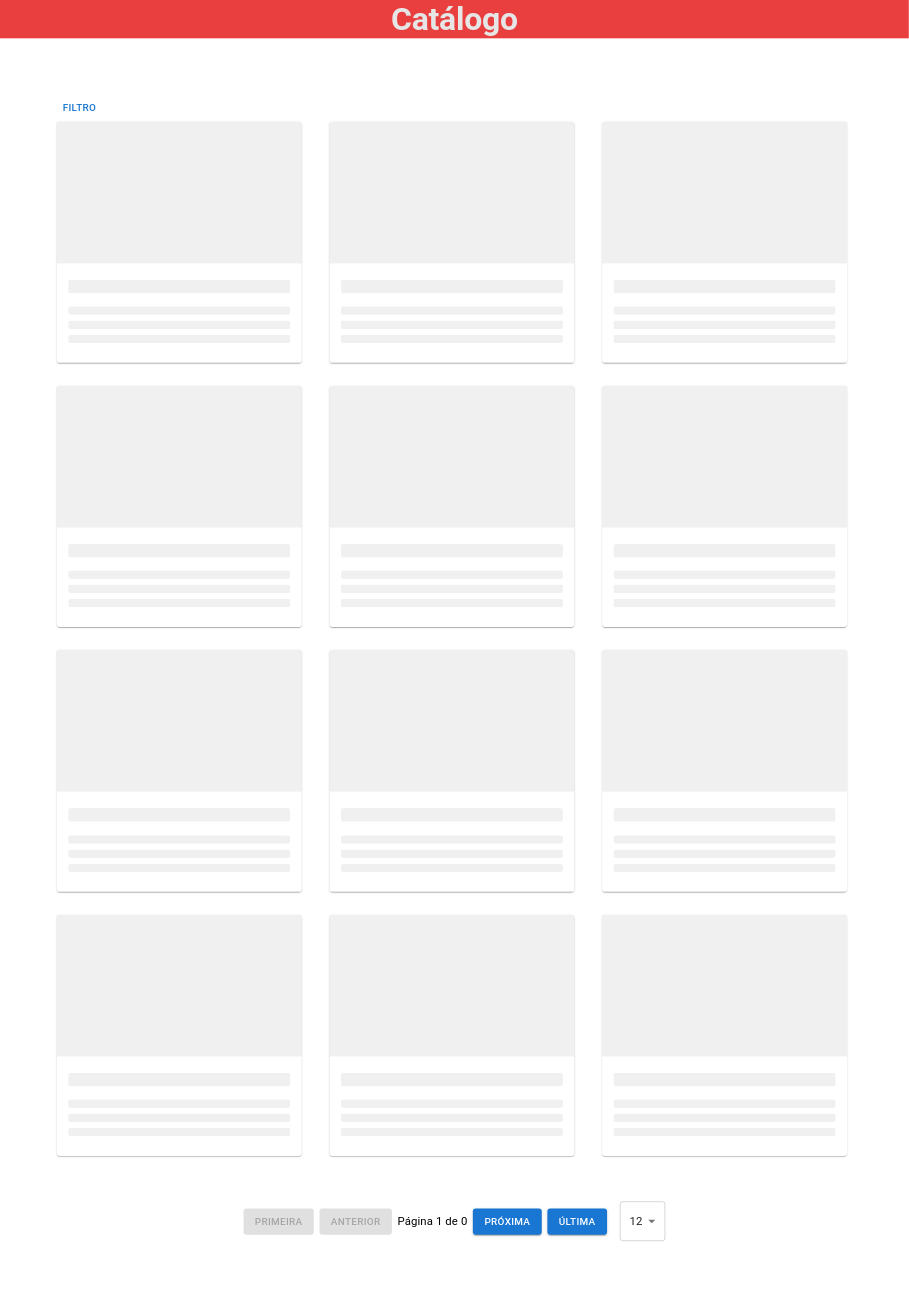
Repository: lenx0/PokeWiki-Front
Page: /
An editor plug-in stored every save of this project. The page is shown before and after the next save, followed by the edit.
The browser window is 1280 px wide. The pictures show the whole page, at 71% of full size.
The page's requests for data from a server got no answer. The project was rebuilt for these pictures with package versions that can differ from the ones it lists, and the page was loaded fresh each time. The framework's server and built-in components were replaced by stand-ins that run in the browser. No one was signed in, and anything a server would have sent is missing. Also part of the build but not shown: next.config.mjs.

Above is the page before, as saved 2024-02-17 12:17:07.

After the next save:
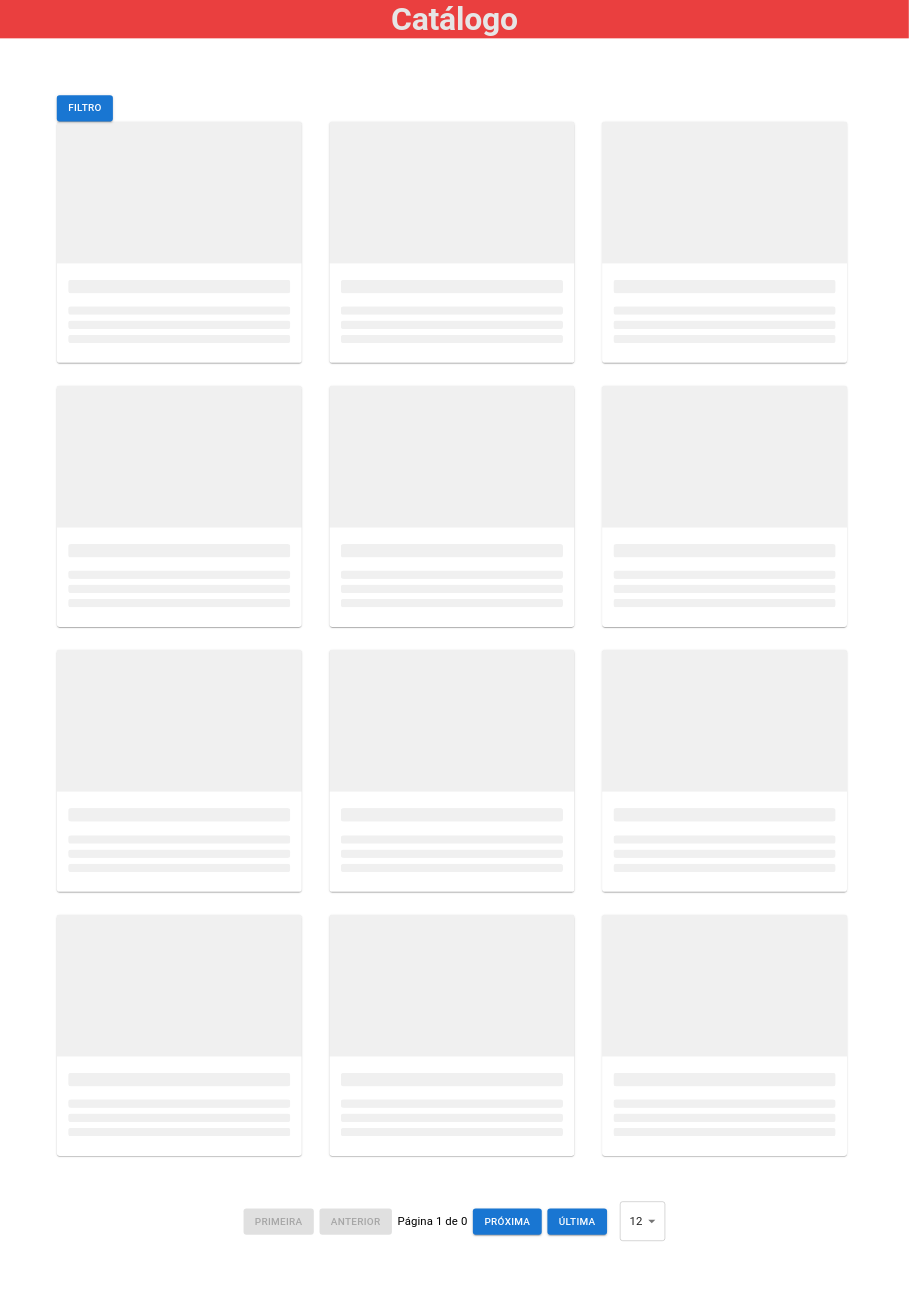
Saved 9 s later.
--- a/src/app/components/Cards/index.jsx
+++ b/src/app/components/Cards/index.jsx
@@ -55,7 +55,7 @@ export default function Cards() {
   return (
     <>
     <Grid item>
-          <Button>Filtro</Button>
+          <Button variant="contained">Filtro</Button>
         </Grid>
       <Grid container spacing={4}>
         {(loading || pokemonList.length === 0) &&
